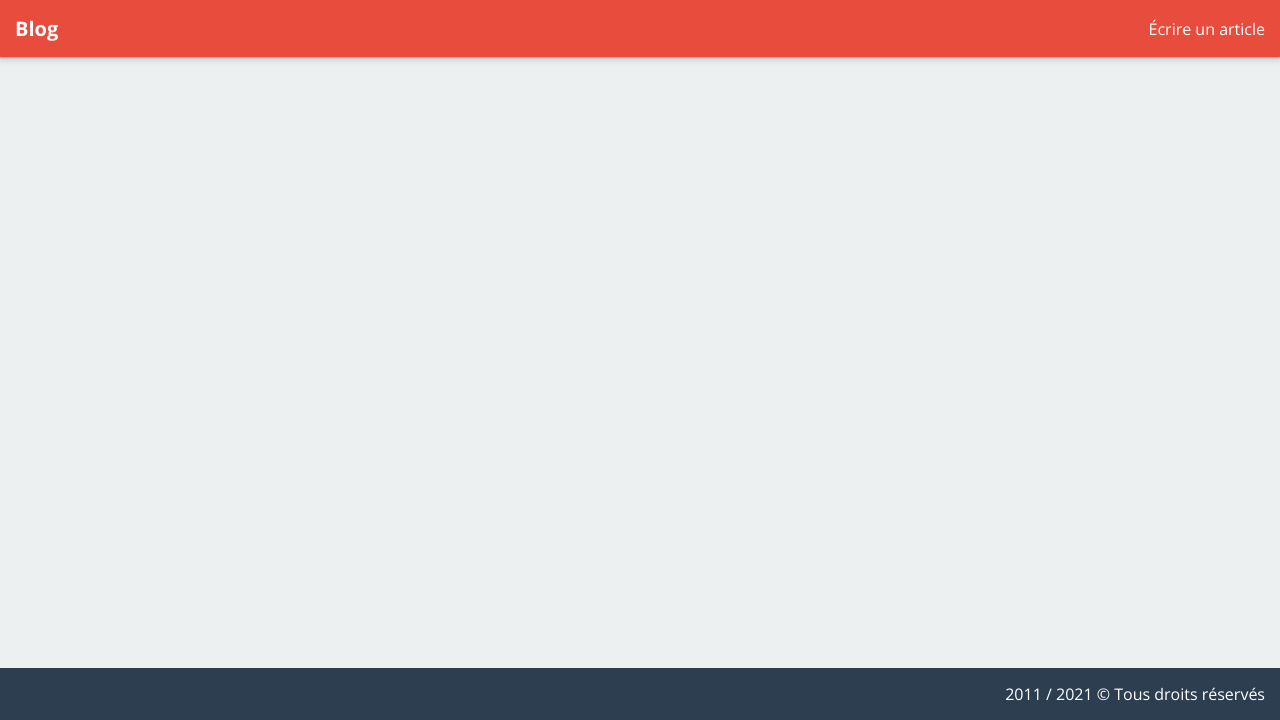
Repository: Yannis699/Projet_blog
Page: http://localhost/add-article.php
The author's editor kept a copy of each file at every save. The page is drawn from the files as they stood at one save, then again after the next save.
The browser window is 1280 px wide. The pictures show the whole page.
The page is run by PHP 8.4 with error messages shown; the project is at /var/www/html/.

Above is the page before, as saved 2022-05-19 21:14:45.

### blog/add-article.php


<!DOCTYPE html>
<html lang="en">

<head>
    <?php require_once 'includes/head.php' ?>
    <link rel="stylesheet" href="public/css/add-article.css">
    <title>Créer un article</title>
</head>

<body>
    <div class="container">
        <?php require_once 'includes/header.php' ?>
        <div class="content">

        </div>
        <?php require_once 'includes/footer.php' ?>
    </div>

</body>

</html>

### blog/includes/head.php
<meta charset="UTF-8">
<meta http-equiv="X-UA-Compatible" content="IE=edge">
<meta name="viewport" content="width=device-width, initial-scale=1.0">
<link rel="stylesheet" href="public/css/style.css">
<script defer src="public/js/index.js"></script>
<link rel="preconnect" href="https://fonts.gstatic.com">
<link href="https://fonts.googleapis.com/css2?family=Open+Sans:wght@400;700&display=swap" rel="stylesheet">

### blog/includes/header.php
<header>
   <a href="/" class="logo">Blog</a>
   <ul class="header-menu">
       <li>
           <a href="/add-article.php"> Écrire un article </a>
       </li>
   </ul>
</header>

### blog/includes/footer.php
<footer>
    <p>2011 / 2021 © Tous droits réservés</p>
</footer>

### blog/public/css/style.css
/* theme */
:root {
  --font-family: 'Open Sans', sans-serif;
  --primary: #e74c3c;
  --dark: #2c3e50;
  --danger: #e74c3c;
  --background-light: #ecf0f1;
  --text-color: #444;
  --text-color-light: #fff;
  --box-shadow: rgba(60, 64, 67, 0.3) 0px 1px 2px 0px,
    rgba(60, 64, 67, 0.15) 0px 2px 6px 2px;
  --border: 1px solid #eee;
}

/* reset */

* {
  box-sizing: border-box;
}

html,
body {
  overflow: hidden;
  margin: 0;
  padding: 0;
  font-size: 10px;
  font-family: var(--font-family);
  background-color: var(--background-light);
}

h1,
p {
  margin: 0;
}

h1 {
  margin-bottom: 1rem;
}

ul {
  padding: 0;
  list-style-type: none;
}

a {
  color: inherit;
  text-decoration: none;
}

/* container */

.container {
  font-size: 1.6rem;
  min-height: 100vh;
  display: flex;
  flex-flow: column;
  color: var(--text-color);
}

/* text */

.text-danger {
  color: var(--danger);
  font-size: 1.2rem;
  font-weight: bold;
}

/* button */

.btn {
  background-color: white;
  font-weight: 700;
  color: var(--text-color);
  font-size: 1.6rem;
  border: 0;
  padding: 10px 15px;
  cursor: pointer;
  border-radius: 3px;
  margin: 0 5px;
  box-shadow: var(--box-shadow);
}

.btn-primary {
  background-color: var(--primary);
  color: var(--text-color-light);
}

.btn-danger {
  background-color: var(--danger);
  color: var(--text-color-light);
}

.btn-small {
  padding: 5px 10px;
  font-size: 1.4rem;
}

.low-opacity {
  opacity: 0.5;
}

/* header */

header {
  background-color: var(--primary);
  padding: 1.5rem;
  box-shadow: var(--box-shadow);
  color: var(--text-color-light);
  display: flex;
  flex-flow: row nowrap;
  justify-content: space-between;
  align-items: center;
}

.header-menu {
  margin: 0;
}

.header-menu>li {
  border-radius: 3px;
  padding: 5 15px;
}
.logo {
  font-weight: 700;
  font-size: 2rem;
  color: var(--text-color-light);
}

/* footer */

footer {
  background: var(--dark);
  display: flex;
  flex-flow: row-reverse;
  color: var(--text-color-light);
  padding: 1.5rem;
}

/* content  */

.content {
  flex: 1;
  display: flex;
  flex-flow: row;
  justify-content: center;
  align-items: center;
}

### blog/public/js/index.js
console.log('Hello Dyma !');

### blog/public/css/add-article.css
.form-container {
    display: flex;
    flex-flow: column;
    width: 60rem;
}

.form-container h1 {
 margin-bottom: 2rem;
}

.form-control{
    display: flex;
    flex-flow: column;
    margin: 1rem 0;
}

.form-control-label {
    margin-bottom: 1rem;
}

.form-control input {
    border: var(--border);
    border-radius: 3px;
    padding: 1rem 1.5rem;
}

.form-control select {
    border: var(--border);
    padding: 1rem 1.5rem;
}

.form-control textarea {
    border: var(--border);
    padding: 1rem 1.5rem;
    min-height: 20rem;
}

.form-actions {
    display: flex;
    flex-flow: row nowrap;
    justify-content: flex-end;
}

After the next save:
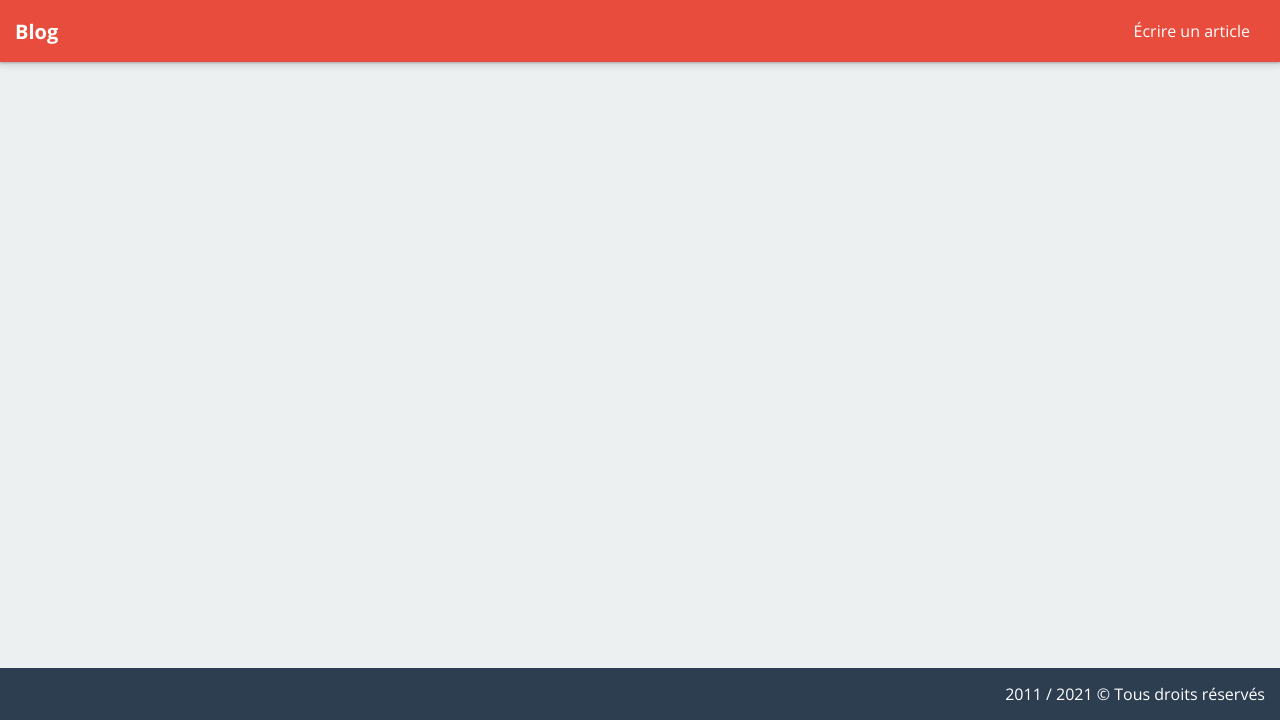
Saved 4 s later.
--- a/blog/public/css/style.css
+++ b/blog/public/css/style.css
@@ -118,7 +118,7 @@ header {
 
 .header-menu>li {
   border-radius: 3px;
-  padding: 5 15px;
+  padding: 5px 15px;
 }
 .logo {
   font-weight: 700;
